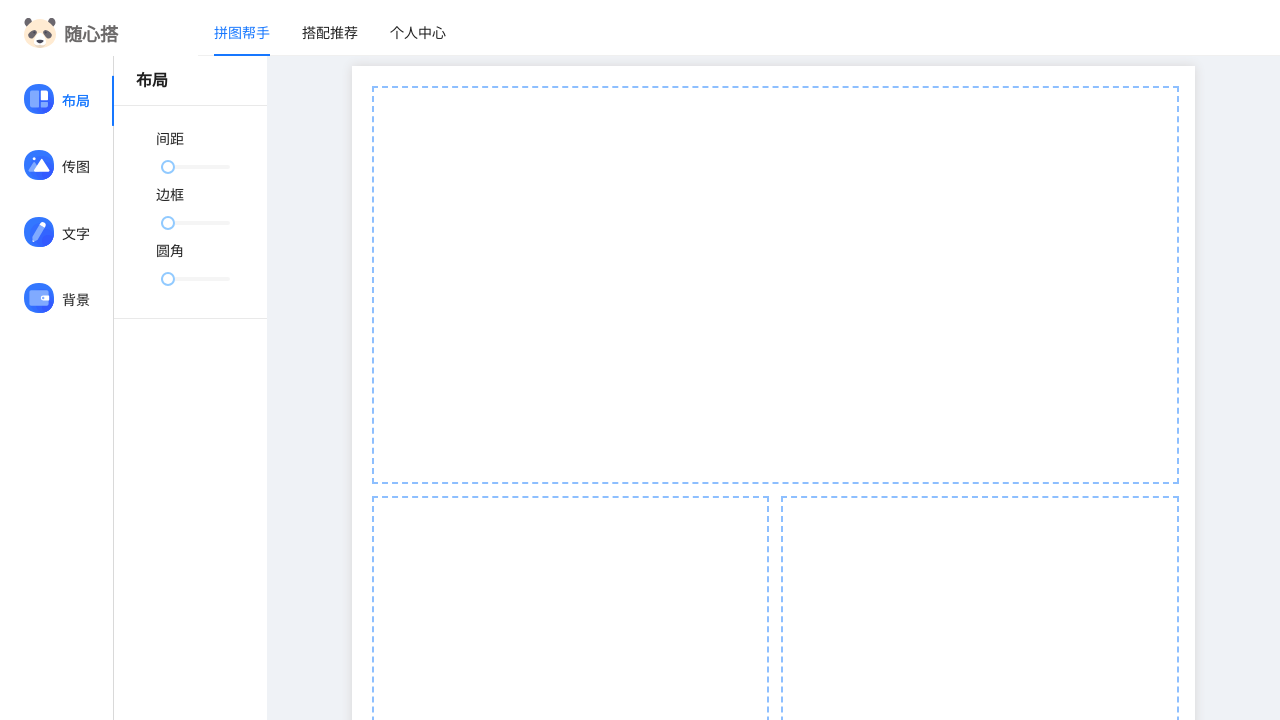
Repository: zzq1101921989/low-code
Page: /
These files come from the project's save history. The page is drawn as it stood at one moment and after the next save; the edit follows.
The browser window is 1280 px wide. The pictures show the whole page.
The project was rebuilt for these pictures with package versions that can differ from the ones it lists, and the page was loaded fresh each time. Also part of the build but not shown: vite.config.ts, src/pages/admin/index.tsx, src/components/icon/ClothesIcon.tsx, src/components/icon/HairIcon.tsx, src/components/icon/PantsIcon.tsx, src/components/icon/ShoeIcon.tsx, src/pages/recommend/index.tsx.

Above is the page before, as saved 2023-05-07 13:35:47.

After the next save:
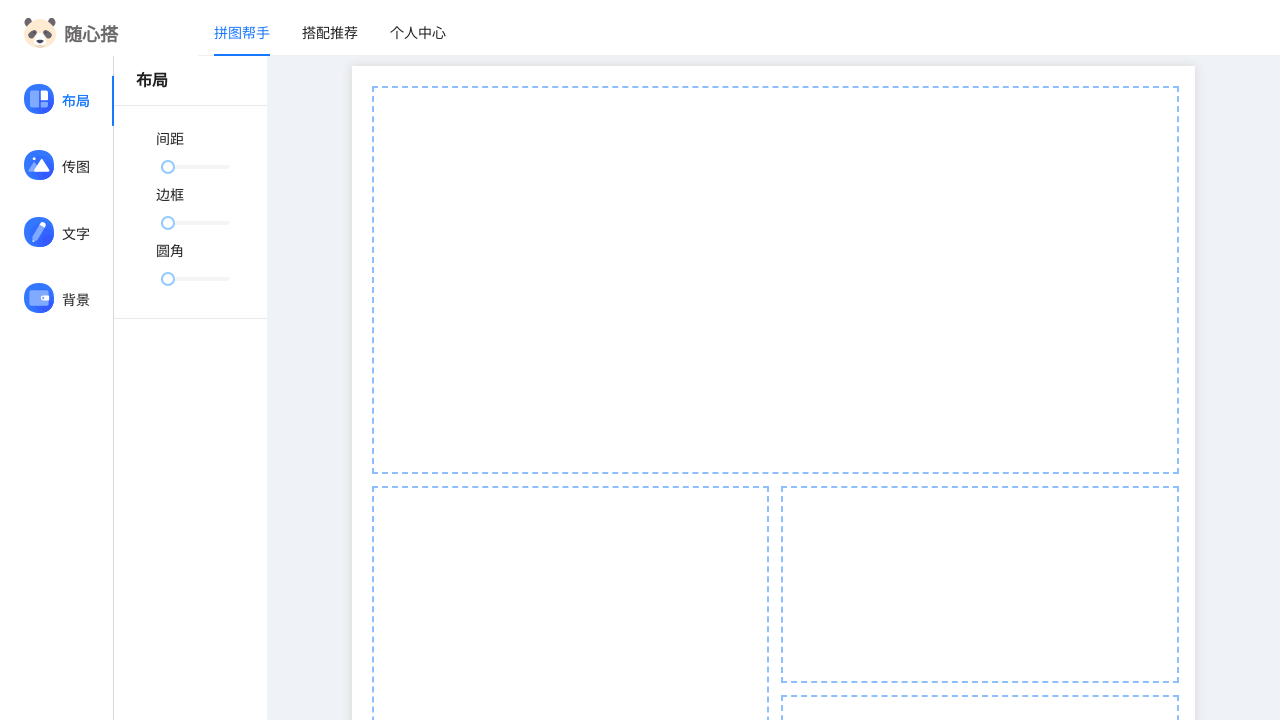
Saved 36 s later.
--- a/src/pages/home/features/DrawImage/index.tsx
+++ b/src/pages/home/features/DrawImage/index.tsx
@@ -25,7 +25,10 @@ const DrawImage: FC<DrawImageProps> = (props) => {
               <ItemBox />
             </Col>
             <Col span={12}>
-              <ItemBox />
+              <Row gutter={[16, 16]} style={{ height: '100%' }}>
+                <Col span={24}><ItemBox /></Col>
+                <Col span={24}><ItemBox /></Col>
+              </Row>
             </Col>
           </Row>
         </Col>
